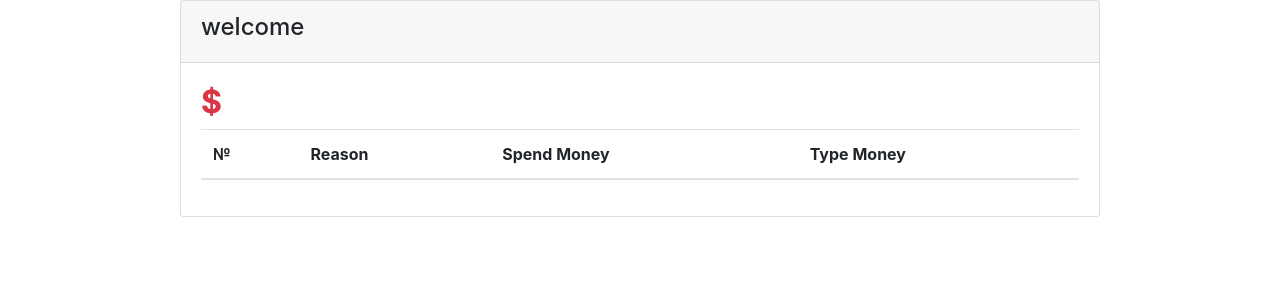
Repository: surefaceJS/allMyWorkInaliLinux
Page: hardcha/index.html
An editor plug-in stored every save of this project. The page is shown before and after the next save, followed by the edit.
The browser window is 1280 px wide. The pictures show the whole page.

Above is the page before, as saved 2021-04-19 11:35:58.

### hardcha/index.html
<!DOCTYPE html>
<html lang="en">

<head>
    <meta charset="UTF-8">
    <meta http-equiv="X-UA-Compatible" content="IE=edge">
    <meta name="viewport" content="width=device-width, initial-scale=1.0">
    <title>ReadyWebPage</title>
    <link rel="stylesheet" href="css/bootstrap.css">
    <link rel="stylesheet" href="fontawesome-free-5.15.2-web/css/all.min.css">
    <link rel="stylesheet" href="css/main.css">
</head>

<body>


    <div class="container">

        <div class="row">
            <div class="col-10 m-auto">
                <div class="card">

                    <div class="card-header">
                        <h4>welcome <span id="pushName"></span> </h4>
                    </div>
                    <div class="card-body">
                        <h2 class="text-danger text-uppercase font-intel-bold" id="pushMonay"><span>$</span></h2>

                        <table class="table table-hover table-striped">
                            <thead>
                                <tr>
                                    <th>№</th>
                                    <th>Reason</th>
                                    <th>Spend Money</th>
                                    <th>Type Money</th>
                                </tr>
                            </thead>
                            <tbody id="result"></tbody>
                        </table>
                    </div>

                </div>
            </div>
        </div>
    </div>

    <script src="js/jquery-3.3.1.slim.min.js"></script>
    <script src="js/popper.min.js"></script>
    <script src="js/bootstrap.js"></script>
    <script src="js/app.js"></script>
</body>

</html>

### hardcha/css/main.css
/*********************  FONTS STYLE *************************/
@font-face {
  font-family: "Inter-Bold";
  src: url("../asssets/fonts/Inter/Inter-Bold.ttf") format("truetype"); }
@font-face {
  font-family: "Inter-Regular";
  src: url("../asssets/fonts/Inter/Inter-Regular.ttf") format("truetype"); }
@font-face {
  font-family: "Inter-Light";
  src: url("../asssets/fonts/Inter/Inter-Light.ttf") format("truetype"); }
@font-face {
  font-family: "Inter-SemiBold";
  src: url("../asssets/fonts/Inter/Inter-SemiBold.ttf") format("truetype"); }
.font-intel-bold {
  font-family: "Inter-Bold", sans-serif; }

.font-intel-regular {
  font-family: "Inter-Regular", sans-serif; }

.font-intel-light {
  font-family: "Inter-Light", sans-serif; }

.font-inter-semi-bold {
  font-family: "Inter-SemiBold", sans-serif; }

/*# sourceMappingURL=main.css.map */

Loaded but not shown: hardcha/css/bootstrap.css (library); hardcha/fontawesome-free-5.15.2-web/css/all.min.css (library); hardcha/js/jquery-3.3.1.slim.min.js (library); hardcha/js/popper.min.js (library); hardcha/js/bootstrap.js (library); hardcha/js/app.js (no copy from this time; the picture is the same without it)

After the next save:
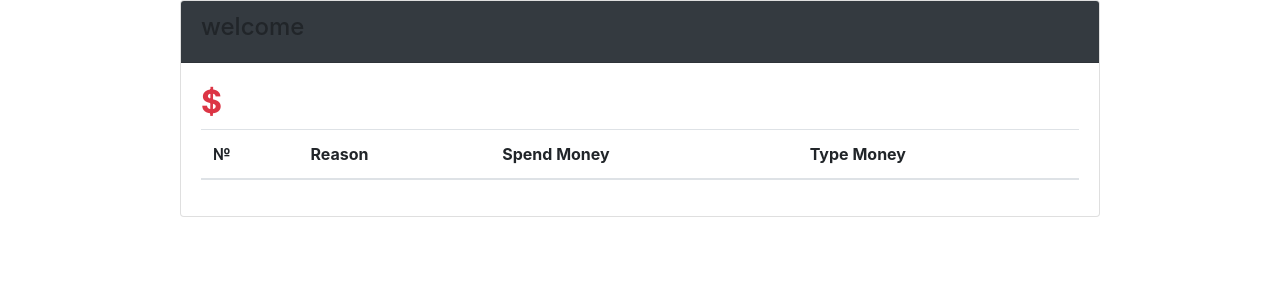
Saved 23 s later.
--- a/hardcha/index.html
+++ b/hardcha/index.html
@@ -20,7 +20,7 @@
             <div class="col-10 m-auto">
                 <div class="card">
 
-                    <div class="card-header">
+                    <div class="card-header bg-dark">
                         <h4>welcome <span id="pushName"></span> </h4>
                     </div>
                     <div class="card-body">
